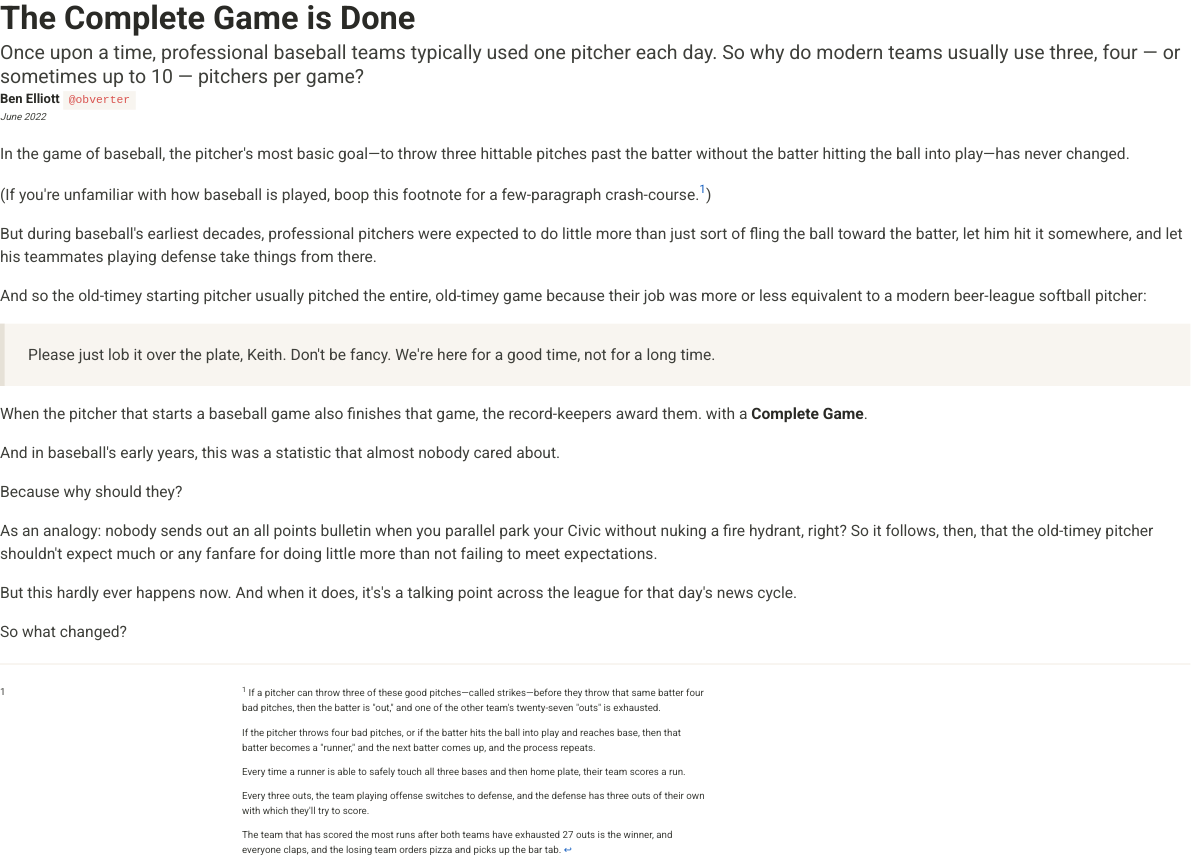
Repository: obverter/complete-games-are-done
Page: index.html
These files come from the project's save history. The page is drawn as it stood at one moment and after the next save; the edit follows.
The browser window is 1280 px wide. The page is 1291 px wide, so the pictures cover 1291 px, including what lies to the right of the window. The pictures show the whole page, at 93% of full size.

Above is the page before, as saved 2022-06-25 07:59:22.

After the next save:
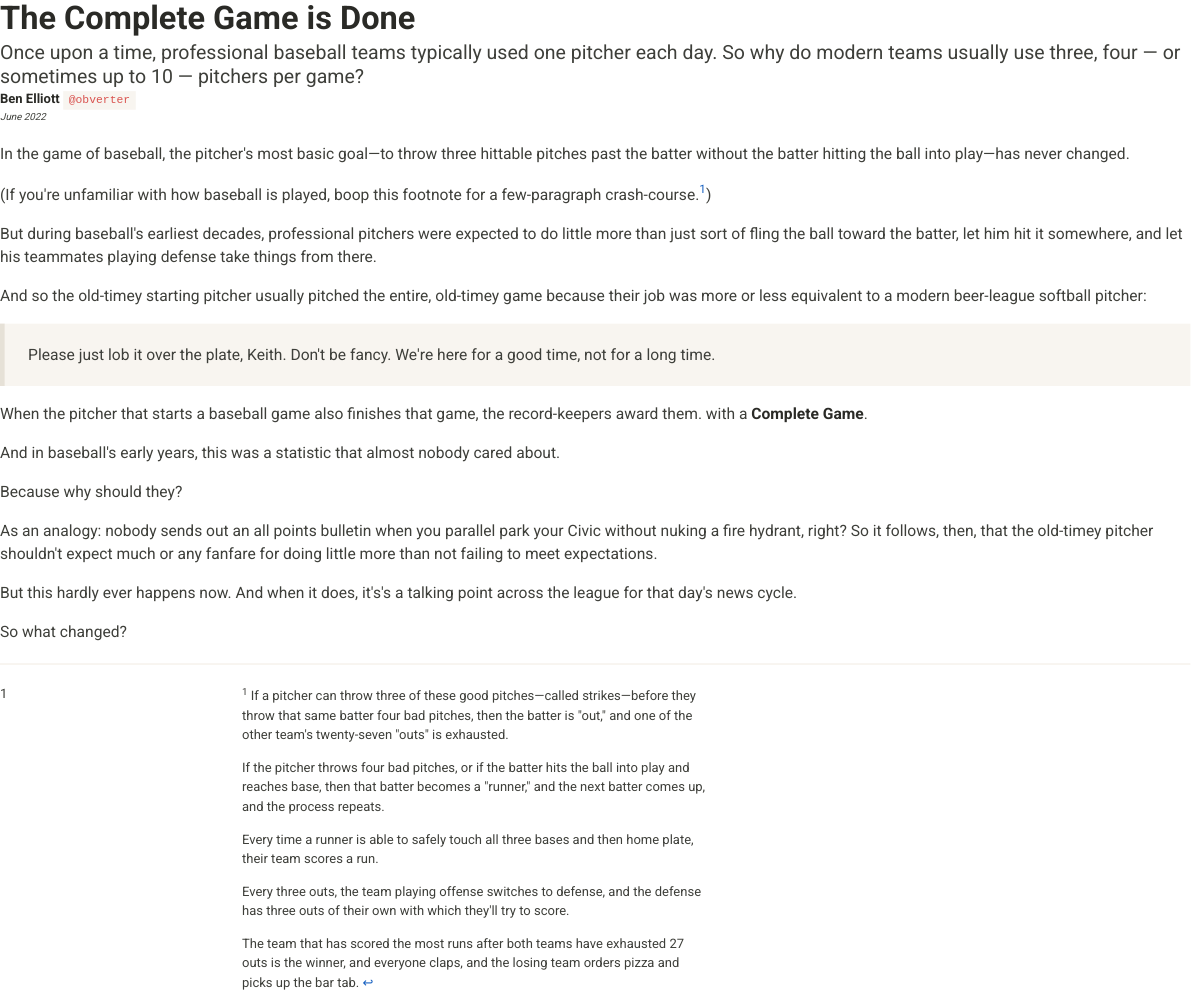
Saved 6 s later.
--- a/index.html
+++ b/index.html
@@ -72,7 +72,7 @@
             <hr />
             <!-- todo: FOOTNOTES -->
 
-            <div class="columns is-size-7">
+            <div class="columns is-size-6">
                 <div class="column is-one-fifth">1</div>
                 <!-- todo: ↘ FOOTNOTES GO HERE ↙ -->
                 <div class="column is-two-fifths">
